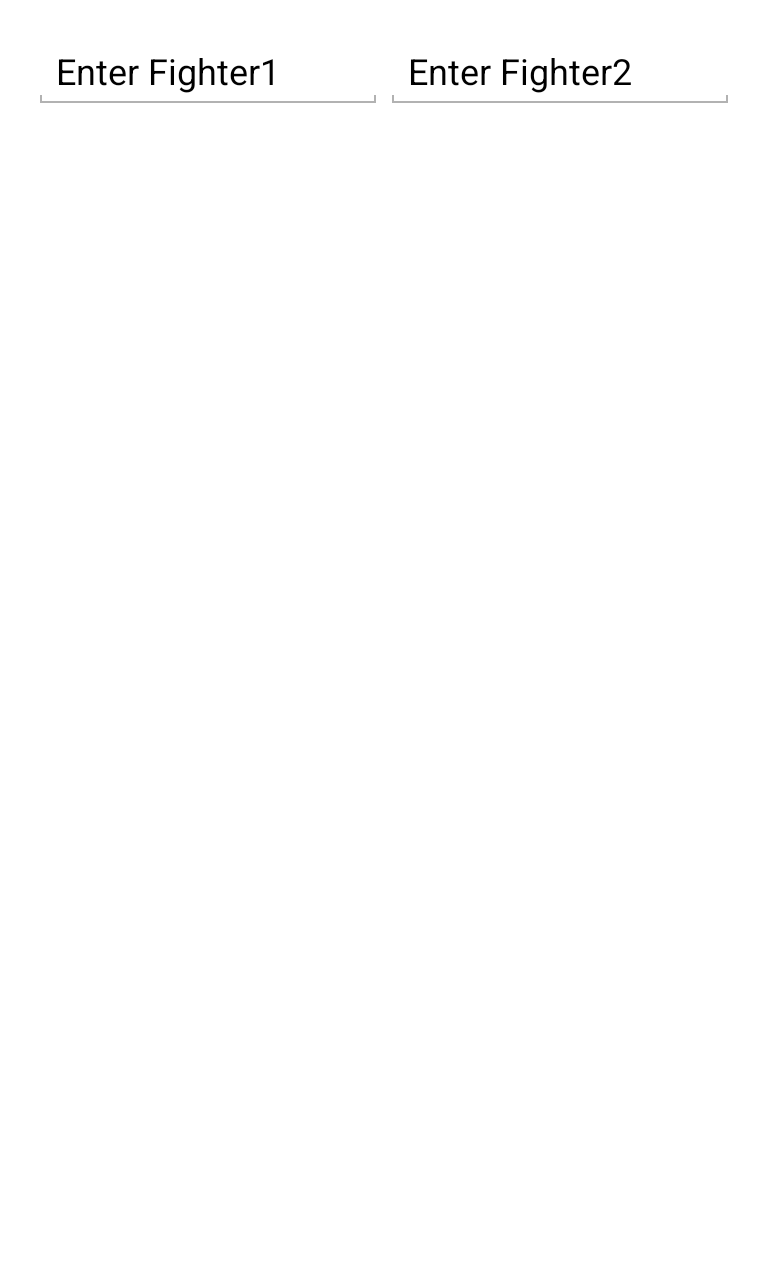
Repository: fallatah232216/ScorecardCal
Layout: cse3345.f13.fallatah/res/layout/activity_main.xml
The author's editor kept a copy of each file at every save. The layout is drawn from the files as they stood at one save, then again after a run of saves.
It is drawn on a 768 x 1280 px phone screen (xhdpi) without system bars, with theme AppTheme; the app's code is not run.

Above is the layout before, as saved 2013-12-06 01:32:49.

### cse3345.f13.fallatah/res/layout/activity_main.xml
<LinearLayout xmlns:android="http://schemas.android.com/apk/res/android"
    xmlns:tools="http://schemas.android.com/tools"
    android:layout_width="match_parent"
    android:layout_height="match_parent"
    android:orientation="horizontal"
    android:paddingBottom="@dimen/activity_vertical_margin"
    android:paddingLeft="@dimen/activity_horizontal_margin"
    android:paddingRight="@dimen/activity_horizontal_margin"
    android:paddingTop="@dimen/activity_vertical_margin"
    tools:context=".MainActivity">



<EditText
        android:id="@+id/fight_1"
        android:layout_width="wrap_content"
        android:layout_height="wrap_content"
        android:layout_weight=".25"
        android:text="@string/fighter1"
        android:inputType="textPersonName" />

<EditText
        android:id="@+id/fight_2"
        android:layout_width="wrap_content"
        android:layout_height="wrap_content"
        android:layout_weight=".25"
        android:text="@string/fighter2"
        android:inputType="textPersonName" />





</LinearLayout>

### cse3345.f13.fallatah/res/values/strings.xml
<?xml version="1.0" encoding="utf-8"?>
<resources>

    <string name="ScorecardCal">cse3345.f13.fallatah</string>
    <string name="action_settings">Settings</string>
    <string name="fighter1">Enter Fighter1</string>
    <string name="fighter2">Enter Fighter2</string>

</resources>

Loaded but not shown: cse3345.f13.fallatah/res/values/styles.xml (common file); cse3345.f13.fallatah/res/values-v11/styles.xml (common file); cse3345.f13.fallatah/res/values-v14/styles.xml (common file); cse3345.f13.fallatah/res/values/dimens.xml (common file)

After the next 4 saves:
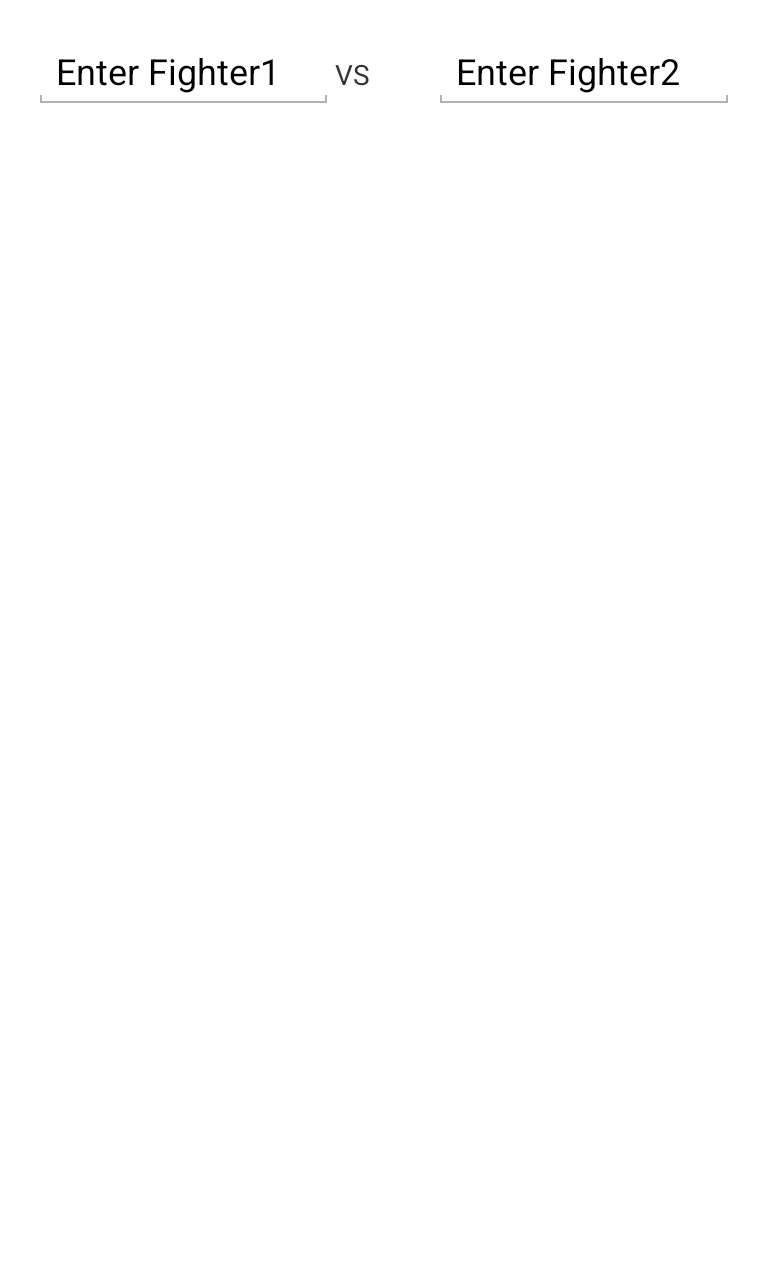
The 4 saves are shown as one change because 3 did not build or start.
The last was saved 10 min 9 s later.
--- a/cse3345.f13.fallatah/res/layout/activity_main.xml
+++ b/cse3345.f13.fallatah/res/layout/activity_main.xml
@@ -19,6 +19,13 @@
         android:text="@string/fighter1"
         android:inputType="textPersonName" />
 
+
+<TextView
+    android:id="@+id/vs"
+    android:layout_width="wrap_content"
+	android:layout_height="wrap_content"
+	android:layout_weight=".50"
+	android:text="@string/VS" />
 <EditText
         android:id="@+id/fight_2"
         android:layout_width="wrap_content"
--- a/cse3345.f13.fallatah/res/values/strings.xml
+++ b/cse3345.f13.fallatah/res/values/strings.xml
@@ -5,5 +5,6 @@
     <string name="action_settings">Settings</string>
     <string name="fighter1">Enter Fighter1</string>
     <string name="fighter2">Enter Fighter2</string>
+    <string name="VS">VS</string>
 
 </resources>
